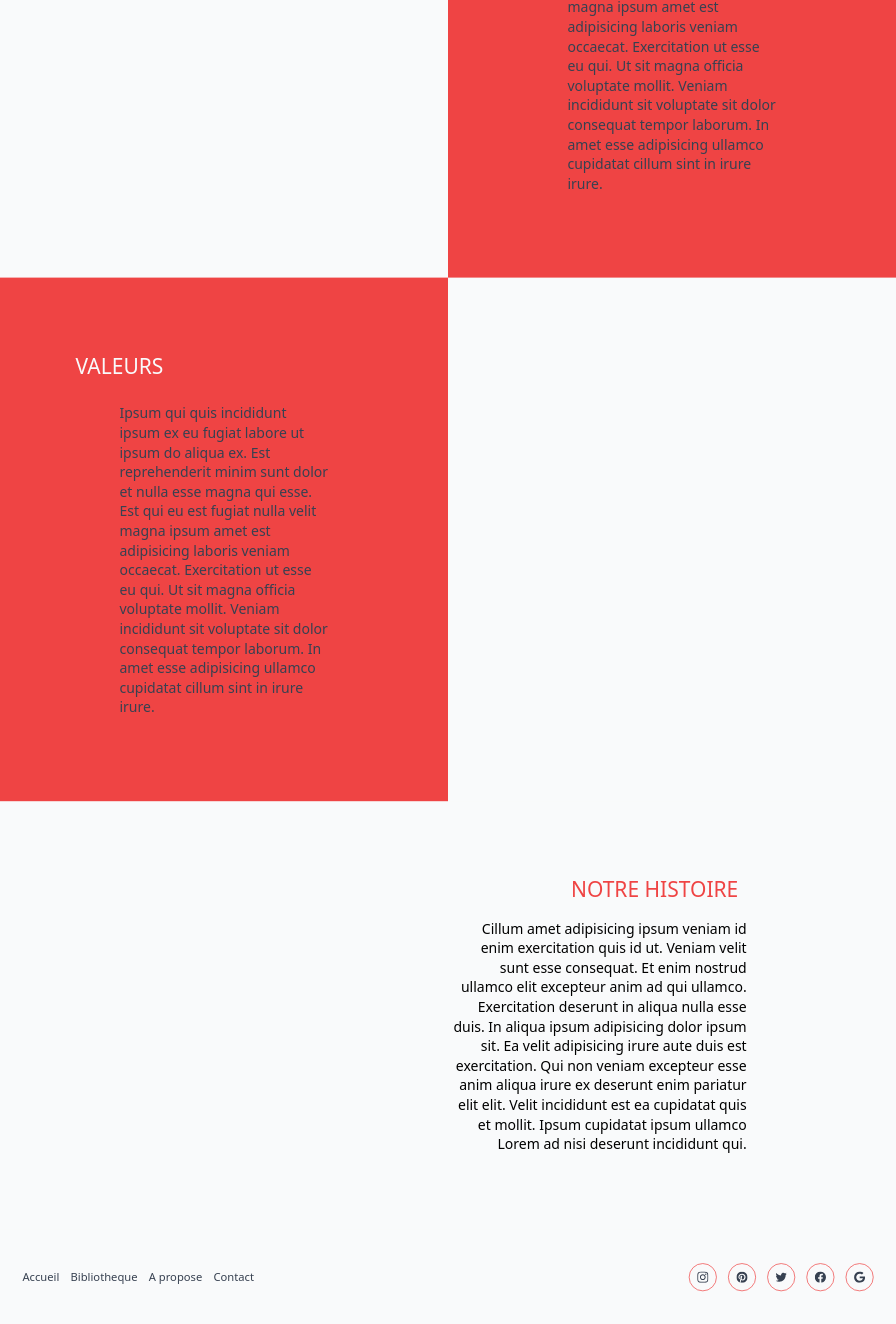
Repository: erulabs243/museum
Page: /about
An editor plug-in stored every save of this project. The page is shown before and after the next save, followed by the edit.
The browser window is 1280 px wide. The pictures show the part of the page from y = 1812 to 3732 px (the page is 3704 px tall before and 3732 px after), at 70% of full size.
The project was rebuilt for these pictures with package versions that can differ from the ones it lists, and the page was loaded fresh each time. Also part of the build but not shown: vite.config.js, src/pages/admin/Home.jsx, src/pages/commons/NotFound.jsx, src/components/atoms/TagBadge.jsx, src/components/atoms/MyAudioPlayer.jsx, src/components/atoms/MyVideoPlayer.jsx, src/components/atoms/MediaCard.jsx, src/components/sections/Testimonial.jsx and 16 more.

Above is the page before, as saved 2022-08-10 14:39:28.

After the next save:
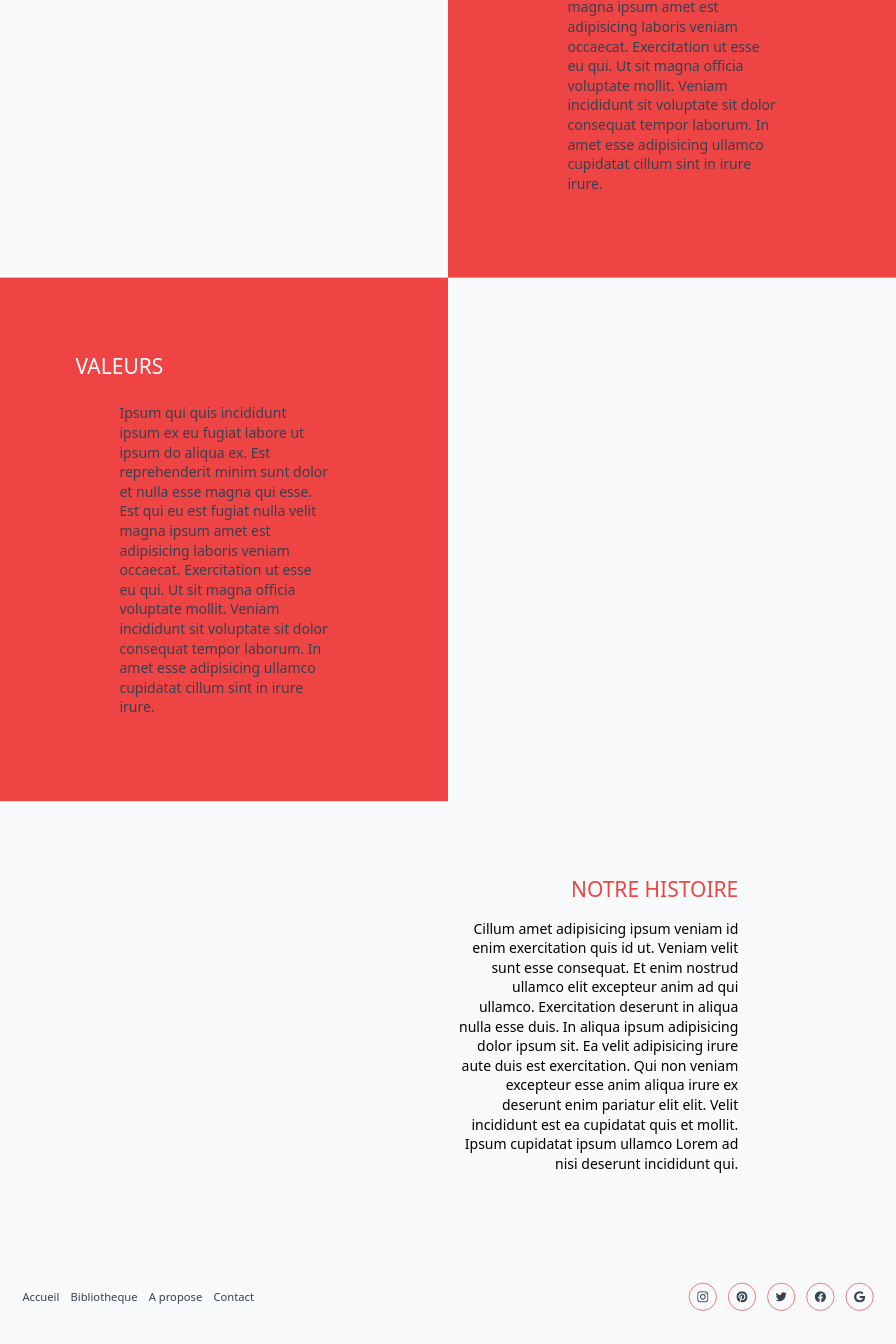
Saved 13 s later.
--- a/src/pages/user/About.jsx
+++ b/src/pages/user/About.jsx
@@ -91,7 +91,7 @@ const About = () => {
                     </h1>
                     <div className="grid grid-cols-1 md:grid-cols-2 py-3">
                         <div></div>
-                        <p className="text-xl text-left md:text-right">
+                        <p className="text-xl text-left md:text-right px-3">
                             Cillum amet adipisicing ipsum veniam id enim exercitation quis id ut.
                             Veniam velit sunt esse consequat. Et enim nostrud ullamco elit excepteur
                             anim ad qui ullamco. Exercitation deserunt in aliqua nulla esse duis. In
